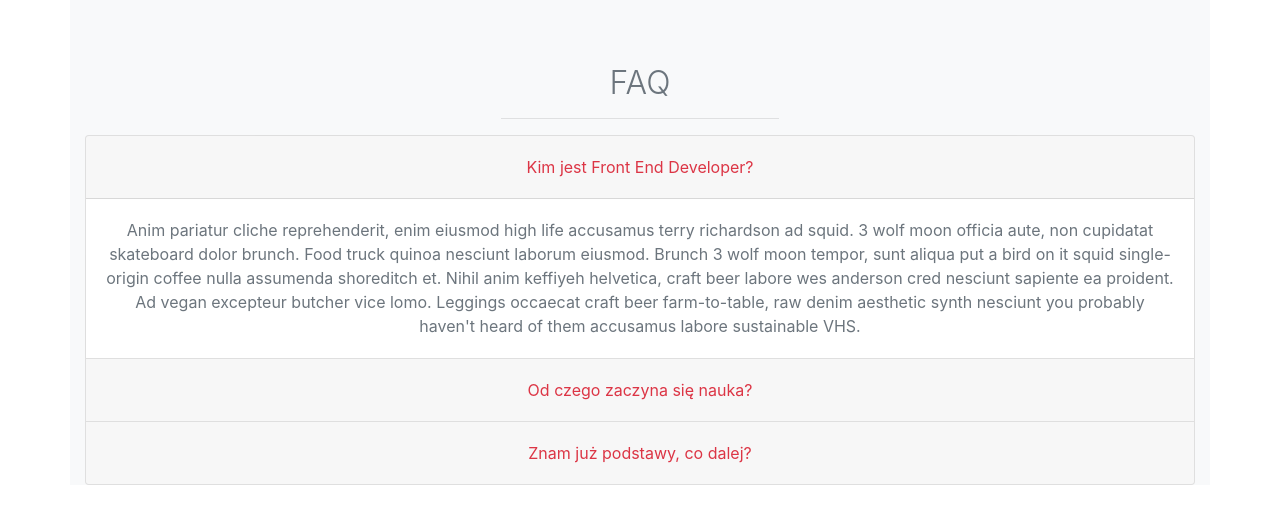
Repository: magdaf41/Bootstrap
Page: zadanie 2/index.html
The author's editor kept a copy of each file at every save. The page is drawn from the files as they stood at one save, then again after the next save.
The browser window is 1280 px wide. The pictures show the whole page.

Above is the page before, as saved 2020-09-18 14:19:07.

After the next save:
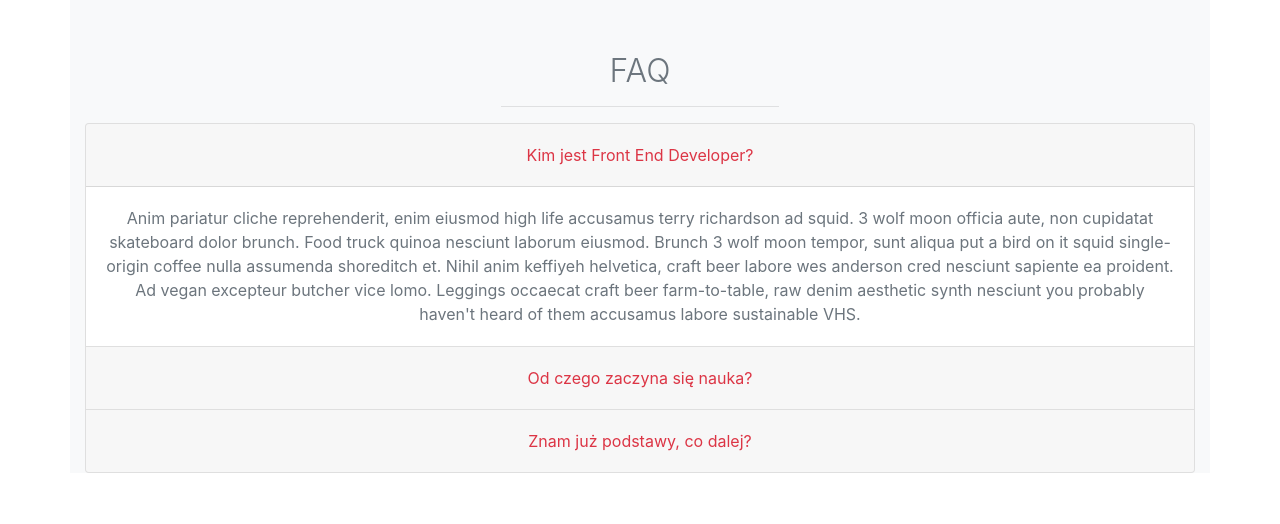
Saved 6 s later.
--- a/zadanie 2/index.html
+++ b/zadanie 2/index.html
@@ -16,7 +16,7 @@
 </head>
 
 <body>
-    <div class="container bg-light text-center pt-3">
+    <div class="container bg-light text-center pt-1">
         <h1 class="text-muted font-weight-light mt-5">FAQ</h1>
         <hr class="w-25">
 
